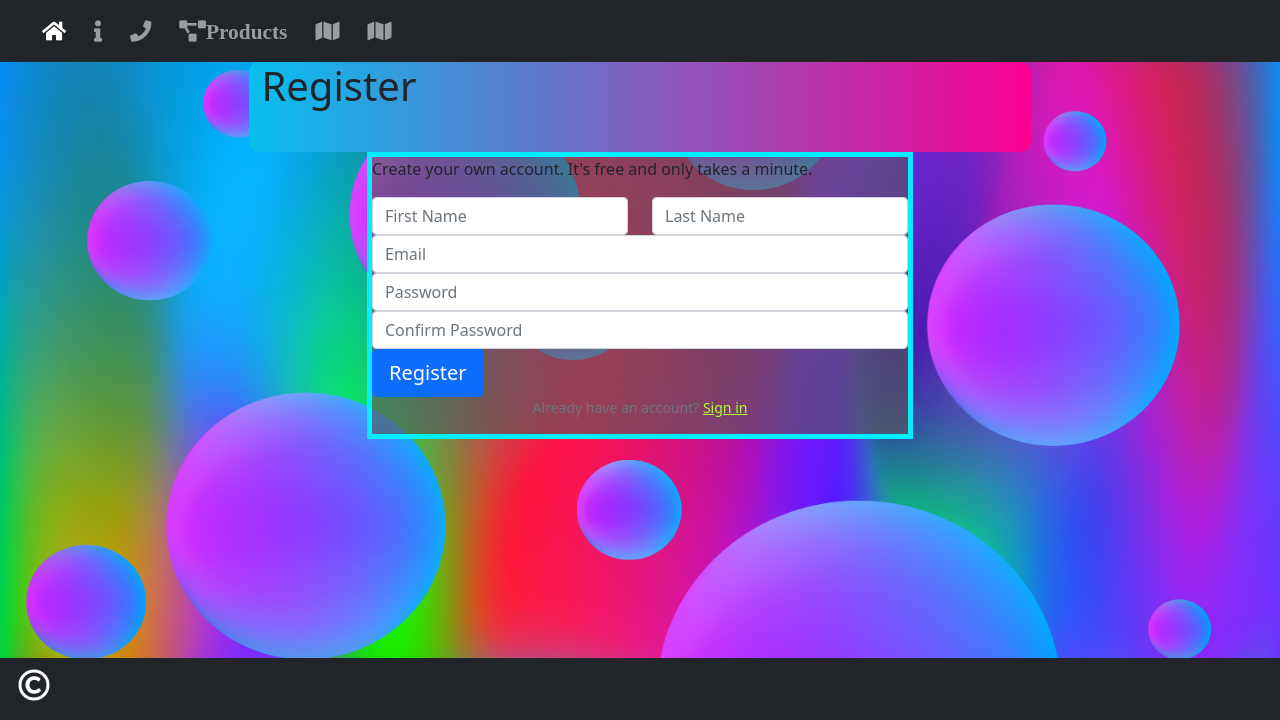
Repository: vans12345678/WEBD6201-W2021-Lab2
Page: register.html
An editor plug-in stored every save of this project. The page is shown before and after the next save, followed by the edit.
The browser window is 1280 px wide. The pictures show the whole page.

Above is the page before, as saved 2021-02-24 18:31:51.

### register.html
<!DOCTYPE html>
<html lang="en">
<head>
    <meta charset="UTF-8">
    <meta name="viewport" content="width=device-width, initial-scale=1.0">
    <title>Register</title>
    <!-- CSS Section -->
    <link rel="stylesheet" href="./node_modules/bootstrap/dist/css/bootstrap.min.css">
    <link rel="stylesheet" href="./node_modules/@fortawesome/fontawesome-free/css/all.min.css">
    <link rel="stylesheet" href="./Content/app.css">
</head>
<body class ="Vapor">
    <!-- Main Header -->
    <header>
        <!-- Main Navigation -->
        <nav class="navbar navbar-expand-lg navbar-dark bg-dark">
            <div class="container-fluid">
                <a id ="navHome" class="navbar-brand" href="index.html"></a>
                <button class="navbar-toggler" type="button" data-bs-toggle="collapse" data-bs-target="#navbarSupportedContent" aria-controls="navbarSupportedContent" aria-expanded="false" aria-label="Toggle navigation">
                  <span class="navbar-toggler-icon"></span>
                </button>
                <div class="collapse navbar-collapse" id="navbarSupportedContent">
                  <ul id = "ulNav" class="navbar-nav me-auto mb-2 mb-lg-0">
                    <li class="nav-item">
                      <a  class="nav-link active" aria-current="page" href="index.html"><i id ="navIndex"class = "fas fa-home fa-lg"></i></a>
                    </li>
                    <li class="nav-item" id ="navAbout">
                      <a  class="nav-link " aria-current="page" href="about.html"><i id ="navAboutItem"class = "fas fa-info fa-lg"></i></a>
                    </li>
                    <li class="nav-item">
                      <a  class="nav-link " aria-current="page" href="contact.html"><i id ="navContact"class = "fas fa-phone fa-lg"></i></a>
                    </li>
                    <li class="nav-item">
                      <a  class="nav-link" aria-current="page" href="projects.html"><i id ="navProjects" class ="fas fa-project-diagram fa-lg">Products</i></a>
                    </li>
                    <li class="nav-item">
                      <a  class="nav-link " aria-current="page" href="services.html"><i id ="navServices"class = "fas fa-map fa-lg"></i></a>
                    </li>
                    <li class="nav-item">
                      <a  class="nav-link " aria-current="page" href="login.html"><i id ="navLogin"class = "fas fa-map fa-lg"></i></a>
                    </li>
                  </ul>
                </div>
              </div>
          </nav>
    </header>
<!-- Main Content -->
    <!-- Main Content -->
    <main class="container" id="mainContent">
        <h1 class = "container">Register</h1>
        <div class="row">
            <div class="offset-md-3 col-md-6 col-sm-12">
                  <div class="login" id="contentArea"></div>
                      <form class = "fromBackground" id="registerForm" novalidate>
                        <p class="hint-text">Create your own account. It's free and only takes a minute.</p>
                        <div class="form-group">
                          <div class="row">
                            <div class="col-md-6">
                              <input class="form-control" type="text" name="firstName" id="FirstName" placeholder="First Name" required>
                            </div>
                            <div class="col-md-6">
                              <input class="form-control" type="text" name="lastName" id="lastName" placeholder="Last Name" required>
                            </div>
                          </div>
                        </div>
                        <div class="form-group">
                          <div class="row">
                            <div class="col-md-12">
                              <input type="email" class="form-control" id="emailAddress" name="emailAddress" required
                              value="" placeholder="Email">
                            </div>
                          </div>
                        </div>
                        <div class="form-group">
                          <div class="row">
                            <div class="col-md-12">
                              <input type="password" class="form-control" id="password" name="password"  required
                              value="" placeholder="Password">
                            </div>
                          </div>
                        </div>
                        <div class="form-group">
                          <div class="row">
                            <div class="col-md-12">
                              <input type="password" class="form-control" id="confirmPassword" name="confirmPassword"  required
                              value="" placeholder="Confirm Password">
                            </div>
                          </div>
                        </div>
                        <div class="text-right">
                          <button id="submitButton" type="submit" class="btn btn-primary btn-lg">Register</button>
                        </div>
                        <p class="text-center text-muted small">
                        Already have an account?
                        <a href="login.html">Sign in</a>
                        </p>
                      </form>
                  </div>
            </div>
        </div>
    </main>

<!-- Main Footer -->
<footer>
    <nav class="navbar fixed-bottom navbar-dark bg-dark">
        <div class="container-fluid">
            <h4><i id = "footer" class="far fa-copyright fa-lg site-footer"></i></h4>
        </div>
      </nav>
</footer>
<!-- Script Section -->
<script src="./node_modules/jquery/dist/jquery.min.js"></script>
<script src="./node_modules/bootstrap/dist/js/bootstrap.bundle.min.js"></script>
<script src="./Scripts/app.js"></script>
</body>
</html>

### Content/app.css
/* custom css goes here */
.Vapor {
    background-image: url('../images/vapor.jpg');
    background-repeat: no-repeat;
    background-attachment: fixed;
    background-size: 100% 100%;
  }
  a {
    color: greenyellow;
  }
  .textFont
  {
    font-family: Arial, Helvetica, sans-serif;
    line-height: 32px;
  }
  body
  {
    background-color: rgb(90, 90, 90);
  }
  h1.container{
    border-radius: 10px;
    width: 70%;
    height: 90px;
    margin: 0px auto;
    background: linear-gradient(90deg,#06bfee,#fb0093)
  }
  h1.projects{
    background-color: white;
  }
  .contact-table{
    width: 100%;
    margin:  50px auto;
    background-color: white;
  }
  .contact-form
  {
    width: 100%;
    margin:  100px auto;
  }
  .warnMessage
  {
    width: 90%;
    margin:  50px;
  }
  .site-footer {
    color:white;
  }
  .formMargin
  {
    margin: 35px 70px;
  }
  .fromBackground
  {
    background-color: #5a5a5aa1;
    border: 5px solid rgb(0, 238, 255);
  }
  i{
    margin:7px 6px;
  }

### Scripts/app.js
/************************************************************
 * Name: Andre Agrippa, Michai Pryce
 * Date: 01/20/2021
 * Description: This file adds functionality to the Home,
 * About Us, Human Resources, Contact Us, Projects and Services
 * pages.
 * Date Completed:
 */

"use strict";


(function(){

    /**
     * Display Nav bar function to display nav and footer
     */
    function DisplayNav()
    {
        let navTextElement = document.getElementById("navHome").textContent = "WEBD 6201";
        navTextElement = document.getElementById("navIndex").textContent = "Home";
        navTextElement = document.getElementById("navAboutItem").textContent = "About Us";

        let navAboutElement = document.getElementById("navAbout");
        let hrListItem = document.createElement("li");
        hrListItem.setAttribute("id", "liHumanResources");
        hrListItem.setAttribute("class", "nav-item");
        let navbar = document.getElementById("ulNav").appendChild(hrListItem);
        hrListItem.innerHTML = `<a class="nav-link" aria-current="page" href="human-resources.html">
        <i id ="navHumanResources" class ="fas fa-project-diagram fa-lg">Human Resources</i></a>`;
        if(document.title === "Human Resources"){
            hrListItem.innerHTML = `<a class="nav-link active" aria-current="page" href="human-resources.html">
            <i id ="navHumanResources" class ="fas fa-project-diagram fa-lg">Human Resources</i></a>`;
        }

        navAboutElement.after(hrListItem);

        navTextElement = document.getElementById("navContact").textContent = "Contact Us";
        navTextElement = document.getElementById("navProjects").textContent = "Projects";
        navTextElement = document.getElementById("navServices").textContent = "Services";
        navTextElement = document.getElementById("footer").textContent = "Copyright 2021.";
    }

    /**
     * Display home to display index page
     */
    function displayHome()
    {
        DisplayNav();
        let introText = "This is a simple site to demonstrate the about, contact, human resources, projects and services requirements for Lab 1 WEBD 6201 - Client Side Scripting";
        let titleText = "Welcome to WEBD 6201";

        let introTextElement = document.getElementById("indexTitle").textContent = titleText;
        introTextElement = document.getElementById("indexParagraph").textContent = introText;

    }
    /**
     * Display about to display about the creators
     */
    function displayAbout()
    {
        DisplayNav();

        //About Andre
        let aboutElement = document.getElementById("aboutTitle").textContent = "About Us";
        aboutElement = document.getElementById("aboutAText");
        aboutElement.innerHTML = `<h1>Andre Agrippa:</h1>
        <p class = "">I'm a 2nd year student at Durham College in the Computer Programming and Analysis program. I've been
        coding for several years now because I enjoy it and always looking to improve in this aspect.</p>
        <a class = "fa-lg" href="./resumes/andre_resume.pdf" download>Resume Download</a></br></br>
        <img src="./images/aa.jpg" alt="" style="width:500px;height:450px;">`;

        //About Michai
        aboutElement.innerHTML += `<h1>Michai Pryce:</h1>
        <p class = ""> Hello, I am in my final year in the Computer Programming Program at Durham College. I love
        to code and learn about the evergrowing advancements in technology. This is the demonstration for our first lab!
        </p>
        <a class = "fa-lg" href="./resumes/Copy_of_Resume.docx" download>Resume Download</a></br></br>
        <img src="./images/m.jpg" alt="" style="width:500px;height:450px;">`;

    }
    /**
     * Display top 3 projects page
     */
    function displayProjects()
    {
        DisplayNav();

        //Projects 1
        let projectsElement = document.getElementById("projectsTitle").textContent = "Projects";
        projectsElement = document.getElementById("projectsText").innerHTML =
        `<h3>Project One: COBOL Item List</h3>
        <p>This project reads records from a .dat file, performs calculations on the data then outputs it to a .out file neatly formatted.</p>
        <img src="./images/p1.png" alt="" style="width:800px;height:500px;">`;

        //Projects 2
        projectsElement = document.getElementById("projectsText").innerHTML +=
        `<h3>Project Two: C#, XAML, MDF  Preferred Shares and Common Shares</h3>
        <p>This project uses XAML for the windows form and a database to keep track of common and preferred shares.
        The database keeps track of how many shares(common/preferred) are  available and validation is applied.</p>
        <img src="./images/p2.png" alt="" style="width:800px;height:500px;">`;

        //Projects 3
        projectsElement = document.getElementById("projectsText").innerHTML +=
        `<h3>Project Three: ASP.NET and MVC Framework Animal Shelter</h3>
        <p>This project is a web application that keeps track of animals, owners, appointment and login info in a database.
        Relational database concepts are applied.</p>
        <img src="./images/p3.png" alt="" style="width:800px;height:500px;">`;

    }
    /**
     * Display top 3 services page
     */
    function displayServices()
    {
        DisplayNav();

        //Services 1
        let servicesElement = document.getElementById("servicesTitle").textContent = "Services";
        servicesElement = document.getElementById("servicesText").innerHTML =
        `<h3>Web Development:</h3>
        <p>We offer a variety of different web development (Front-end, Back-end, Databases). Languages (PHP, ASP.NET, JavaScript)</p>
        <img src="./images/s1.jpg" alt="" style="width:800px;height:500px;">`;

        //Services 2
        servicesElement = document.getElementById("servicesText").innerHTML +=
        `<h3>OOP Programming</h3>
        <p>We offer a variety of different Object Oriented Programming. We're experienced with C#, C++, Java etc.
        Whether it be windows forms applications, console applications GUI, etc.</p>
        <img src="./images/s2.png" alt="" style="width:800px;height:500px;">`;

        //Services 3
        servicesElement = document.getElementById("servicesText").innerHTML +=
        `<h3>Database Management System</h3>
        <p>It's been almost 3 years since we've had experience in database development. We've used software such as
        Microsoft SQL Server and PgAdmin4. Experienced with relational database concepts.</p>
        <img src="./images/s3.jpg" alt="" style="width:800px;height:500px;">`;


    }
    /**
     * Display contact form page
     */
    function displayContact()
    {
        DisplayNav();

        let messageArea = document.getElementById("messageArea");
        messageArea.hidden = true;

        //form validation
        let fullName = document.getElementById("fullName");
        fullName.addEventListener("blur", function()
        {
            if(fullName.value.length < 2)
            {
                fullName.focus();
                fullName.select();
                messageArea.hidden = false;
                messageArea.className = "alert alert-danger  ";
                messageArea.textContent = "Please enter an appropriate name > 2 characters";
            }
            else
            {
                messageArea.removeAttribute("class");
                messageArea.hidden = true;
            }
        });
            let sendButton = document.getElementById("sendButton");
            sendButton.addEventListener("click", function(event)
            {
                event.preventDefault();
                // //Displays twice?

                let contact = new Contact(fullName.value,contactNumber.value, emailAddress.value, shortMessage.value);

                console.log(contact.serialize());
                if(contact.serialize())
                {
                    localStorage.setItem((localStorage.length + 1).toString(),contact.serialize());

                    window.location.href = "index.html";
                }

            });

    }
    /**
     * Human resources page
     */
    function displayHumanResources()
    {
        DisplayNav();
    }
    function displayLogin()
    {
        DisplayNav();
    }

    /**
     * Start function, depending on document title will load specific page
     */
    function Start()
    {
        console.log("App Started...");

        //Based of title of html
        switch(document.title)
        {
            case "Index":
                displayHome();
                break;
            case "About Us":
                displayAbout();
                break;
            case "Projects":
                displayProjects();
                break;
            case "Services":
                displayServices();
                break;
            case "Contact Us":
                displayContact();
                break;
            case "Contact-List":
                displayContactList();
                break;
            case "Human Resources":
                displayHumanResources();
                break;
            case "Login":
                displayLogin();
                break;
        }


    }

    window.addEventListener("load", Start);

})();

Loaded but not shown: node_modules/bootstrap/dist/css/bootstrap.min.css (library); node_modules/@fortawesome/fontawesome-free/css/all.min.css (library); node_modules/jquery/dist/jquery.min.js (library); node_modules/bootstrap/dist/js/bootstrap.bundle.min.js (library)

After the next save:
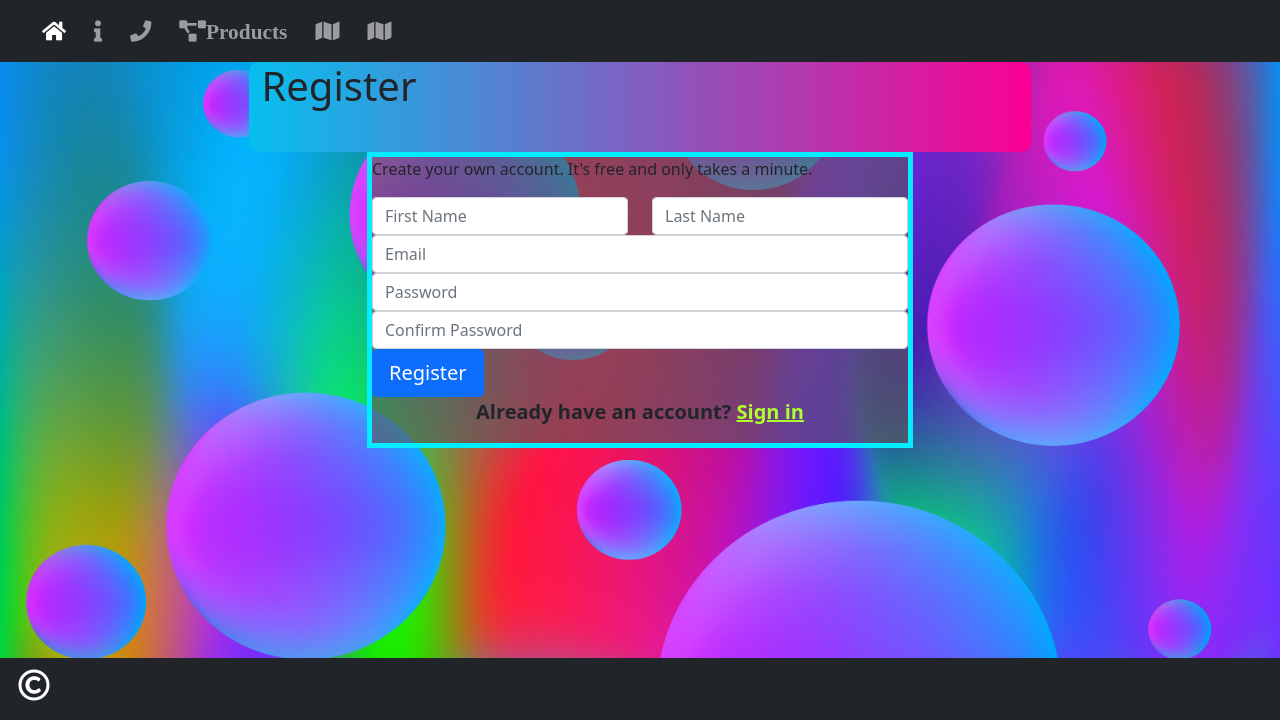
Saved 4 min 12 s later.
--- a/register.html
+++ b/register.html
@@ -90,7 +90,7 @@
                         <div class="text-right">
                           <button id="submitButton" type="submit" class="btn btn-primary btn-lg">Register</button>
                         </div>
-                        <p class="text-center text-muted small">
+                        <p class="text-center fs-5 fw-bold">
                         Already have an account?
                         <a href="login.html">Sign in</a>
                         </p>
